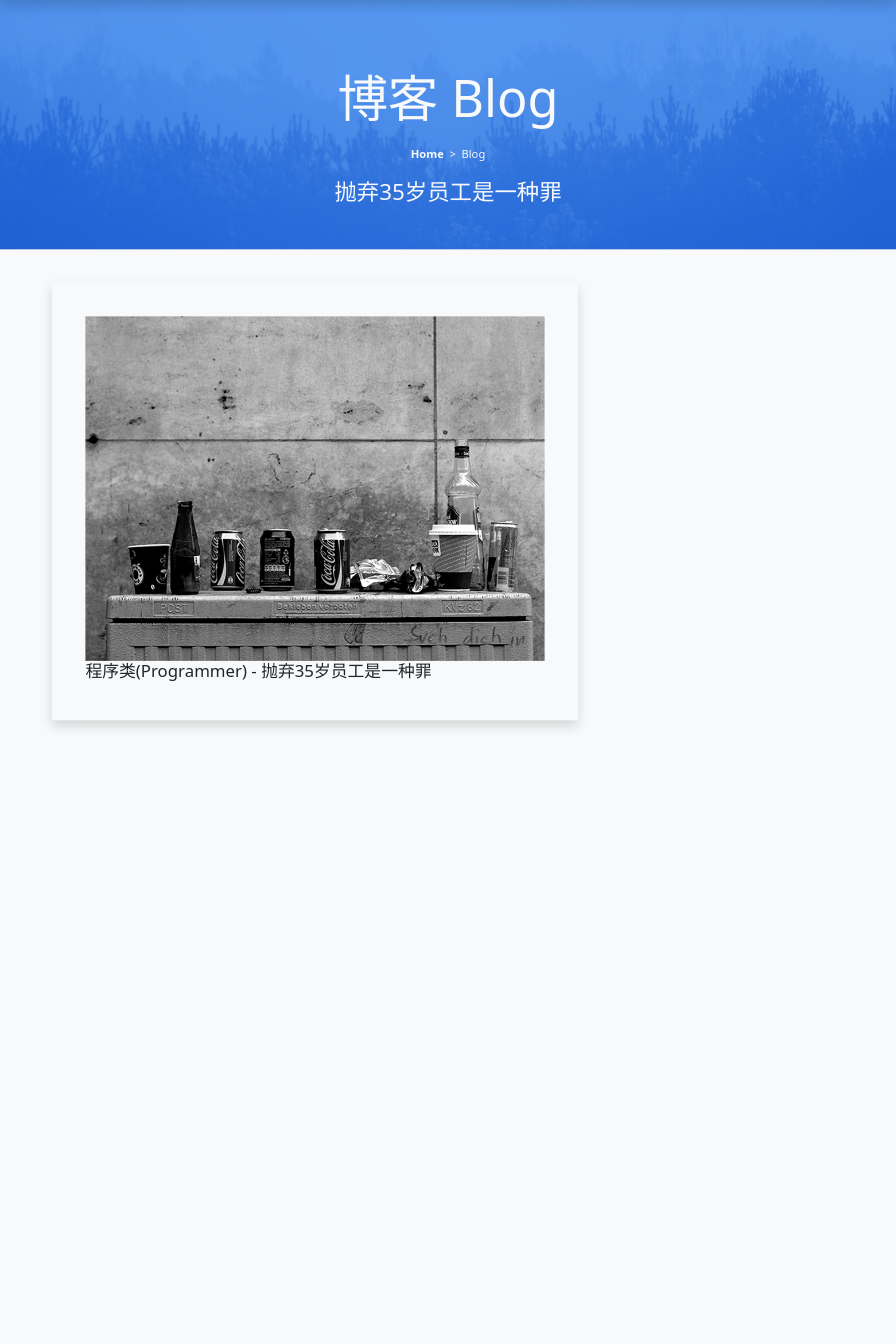
Repository: herjuandlonely/github.io
Page: index-blog.html
The author's editor kept a copy of each file at every save. The page is drawn from the files as they stood at one save, then again after the next save.
The browser window is 1280 px wide. The pictures show the part of the page from y = 0 to 1920 px (the page is 3000 px tall), at 70% of full size.
Backgrounds fixed to the window are drawn as part of the page.

Above is the page before, as saved 2022-06-30 17:26:46.

### index-blog.html
<!DOCTYPE html>
<html lang="en">
<head>
    <meta charset="UTF-8">
    <meta http-equiv="X-UA-Compatible" content="IE=edge">
    <meta name="viewport" content="width=device-width, initial-scale=1.0">
    <link rel="stylesheet" href="./bootstrap-4.6.1-dist/css/bootstrap.min.css">
    <link rel="stylesheet" href="./CSS/index-blog.css">
    <link rel="stylesheet" href="./CSS/normalize.css">
    <link rel="stylesheet" href="./icon/font_3484823_t6q6q64gri/iconfont.css">
    <script src="./bootstrap-4.6.1-dist/js/bootstrap.bundle.min.js"></script>
    <title>何亚Herju- Blog -抛弃35岁员工是一种罪</title>
</head>
<body style="height: 3000px;" class=" bg-light">
    <!-- nav start -->
    <div class="container-fluid px-0 shadow navbarControl">
        <nav class="navbar navbar-expand-md navbar-dark navbarBg">
            <div class="container-fluid px-4">
                <a href="index.html" class="navbar-brand ms-4">Herju's Home</a>
                <button class="navbar-toggler" data-bs-toggle="collapse" data-bs-target="#foldBtn">
                    <span class="navbar-toggler-icon"></span>
                </button>
                <div class="collapse navbar-collapse" id="foldBtn">
                    <ul class="navbar-nav ms-auto me-4 navbarCli">
                        <li class="nav-item text-center">
                            <a class="nav-link fw-lighter" href="index.html#bk">博客 Blog</a>
                        </li>
                        <li class="nav-item text-center">
                            <a class="nav-link fw-lighter" href="index.html#jn">技能 Skill</a>
                        </li>
                        <li class="nav-item text-center">
                            <a class="nav-link fw-lighter" href="index.html#ab">关于 About</a>
                        </li>
                        <li class="nav-item text-center">
                            <a class="nav-link fw-lighter" href="index.html#lx">联系我 Call</a>
                        </li>
                    </ul>
                </div>
            </div>
        </nav>
    </div>
    <!-- nav end -->

    <!-- baneer start -->
    <div class="banner position-relative">
        <div class=" position-absolute w-100 h-100 bg-primary" style="opacity: .7;"></div>
        <div class=" position-absolute w-100 h-100 py-5" style="z-index: 3;">
            <h1 class=" text-light text-center display-2 mb-0">博客 Blog</h1>
            <nav class=" text-light mbShit mt-5 mt-md-4" >
                <ol class="breadcrumb d-flex justify-content-center">
                    <li class="breadcrumb-item">
                        <a href="index.html" class="text-light text-decoration-none fw-bold">Home</a>
                    </li>
                    <li class="breadcrumb-item">Blog</li>
                </ol>
            </nav>
            <h1 class="text-center text-light mt-5 mt-md-4">抛弃35岁员工是一种罪</h1>
        </div>
    </div>
    <!-- baneer start -->

    <!-- content start -->
    <div class="container">
        <div class="row py-5">
            <div class="col-lg-8 col-12 px-1">
                <div class="shadow bg-light p-5">
                    <img src="./image/piqsels.com-id-fggmp.png" class="img-fluid">
                    <h4>
                        程序类(Programmer)<span class=" fw-normal blog-text-title"> - 抛弃35岁员工是一种罪</span>
                    </h4>
                </div>
            </div>
            <div class="col-lg-4"></div>
        </div>
    </div>
    <!-- content end -->

    <script src="./JS/index-blog.js"></script>
</body>
</html>

### CSS/index-blog.css
.navbarControl{
    transition: .3s;
    position: fixed;
    top: 0;
    left: 0;
    z-index: 999;
}
.navbarControl.showAndHide{
    top: -56px;
}
.navbarControl a{
    cursor: pointer;
}
.navbarBg{
    background-color: #161d27;
}
.banner{
    background: url(../image/overlay-bg.jpg) no-repeat center -180px;
    height: 356px;
    background-attachment: fixed;
    background-size: cover;
}
.mbShit{
    --bs-breadcrumb-divider: '>';
}
.mbShit ol .breadcrumb-item::before{
    color: #f8f9fa !important;
}

### icon/font_3484823_t6q6q64gri/iconfont.css
@font-face {
  font-family: "iconfont"; /* Project id 3484823 */
  src: url('iconfont.woff2?t=1656149880118') format('woff2'),
       url('iconfont.woff?t=1656149880118') format('woff'),
       url('iconfont.ttf?t=1656149880118') format('truetype');
}

.iconfont {
  font-family: "iconfont" !important;
  font-size: 16px;
  font-style: normal;
  -webkit-font-smoothing: antialiased;
  -moz-osx-font-smoothing: grayscale;
}

.icon-QQ:before {
  content: "\e882";
}

.icon-weixin:before {
  content: "\e8bb";
}

### JS/index-blog.js
(function(){
    const myBlog = {
        $: (ele) => {
            return document.querySelectorAll(ele);
        },
        "isHide": function () {
            let oldScrollTop = 0;
            let isHide = this.$('.navbarControl')[0];
            const navbarCli = this.$('.navbarCli')[0].children;

            function scrollHide () {
                let scrollTop = window.pageYOffset || this.document.documentElement.scrollTop || this.document.body.scrollTop;
                let scrollSet = scrollTop - oldScrollTop;
                oldScrollTop = scrollTop;
                if (scrollSet < 0) {
                    isHide.classList.remove('showAndHide');
                } else {
                    isHide.classList.add('showAndHide');
                    foldBtn.classList.remove('show');
                }
            }

            window.addEventListener("scroll", scrollHide);

            for (let i = 0; i < navbarCli.length; i++) {
                navbarCli[i].onclick = function () {
                    window.removeEventListener("scroll", scrollHide);
                    isHide.classList.add('showAndHide');
                    foldBtn.classList.remove('show');
                    setTimeout(() => {
                        window.addEventListener("scroll", scrollHide);
                    }, 800)
                };
                navbarCli[i].ontouchend = function () {
                    window.removeEventListener("scroll", scrollHide);
                    isHide.classList.add('showAndHide');
                    foldBtn.classList.remove('show');
                    setTimeout(() => {
                        window.addEventListener("scroll", scrollHide);
                    }, 800)
                };
            };

        }
    }

    myBlog.isHide();
})()

Loaded but not shown: bootstrap-4.6.1-dist/css/bootstrap.min.css (library); CSS/normalize.css (library); bootstrap-4.6.1-dist/js/bootstrap.bundle.min.js (library)

After the next save:
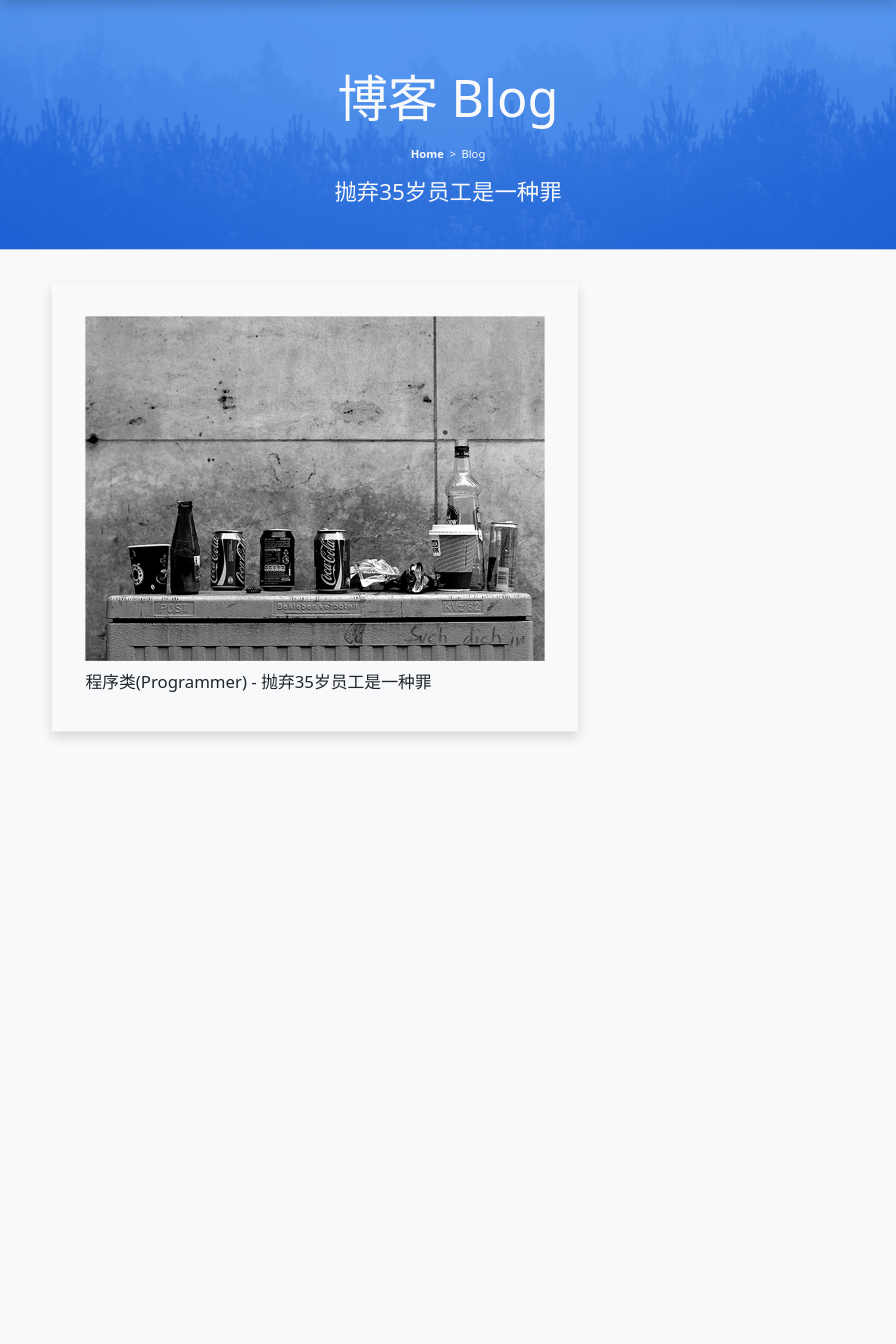
Saved 15 s later.
--- a/index-blog.html
+++ b/index-blog.html
@@ -65,8 +65,8 @@
             <div class="col-lg-8 col-12 px-1">
                 <div class="shadow bg-light p-5">
                     <img src="./image/piqsels.com-id-fggmp.png" class="img-fluid">
-                    <h4>
-                        程序类(Programmer)<span class=" fw-normal blog-text-title"> - 抛弃35岁员工是一种罪</span>
+                    <h4 class=" mt-3">
+                        程序类(Programmer) - 抛弃35岁员工是一种罪
                     </h4>
                 </div>
             </div>
